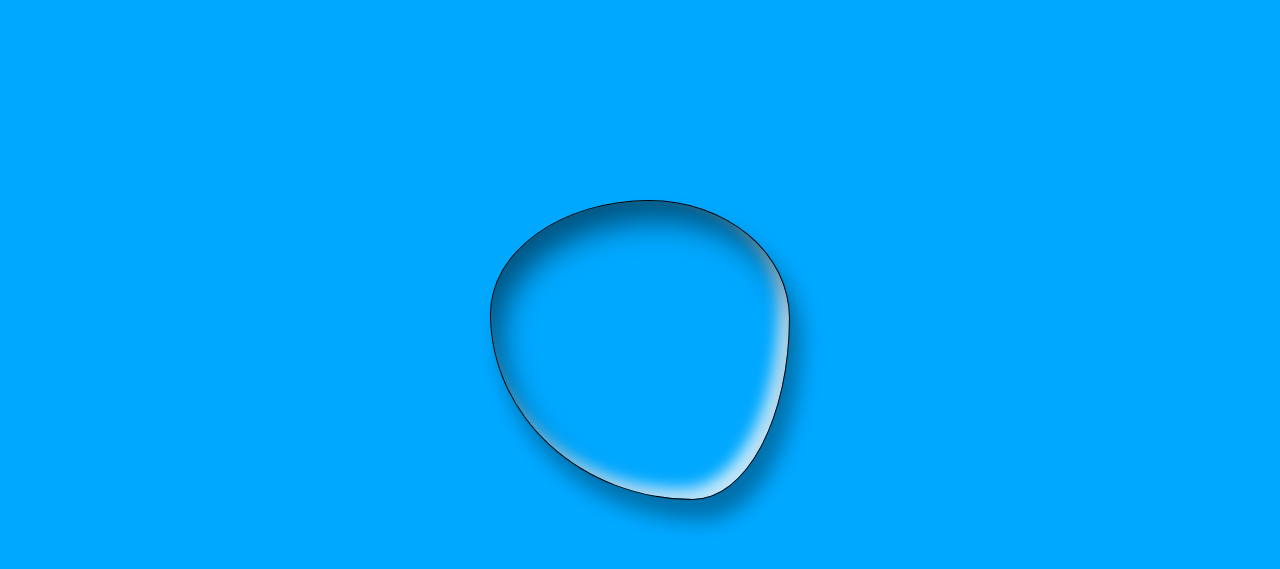
Repository: BlackCat328/CSS_Animation
Page: 52.水滴特效/demo.html
These files come from the project's save history. The page is drawn as it stood at one moment and after the next save; the edit follows.
The browser window is 1280 px wide. The pictures show the whole page.

Above is the page before, as saved 2022-11-01 00:05:48.

After the next save:
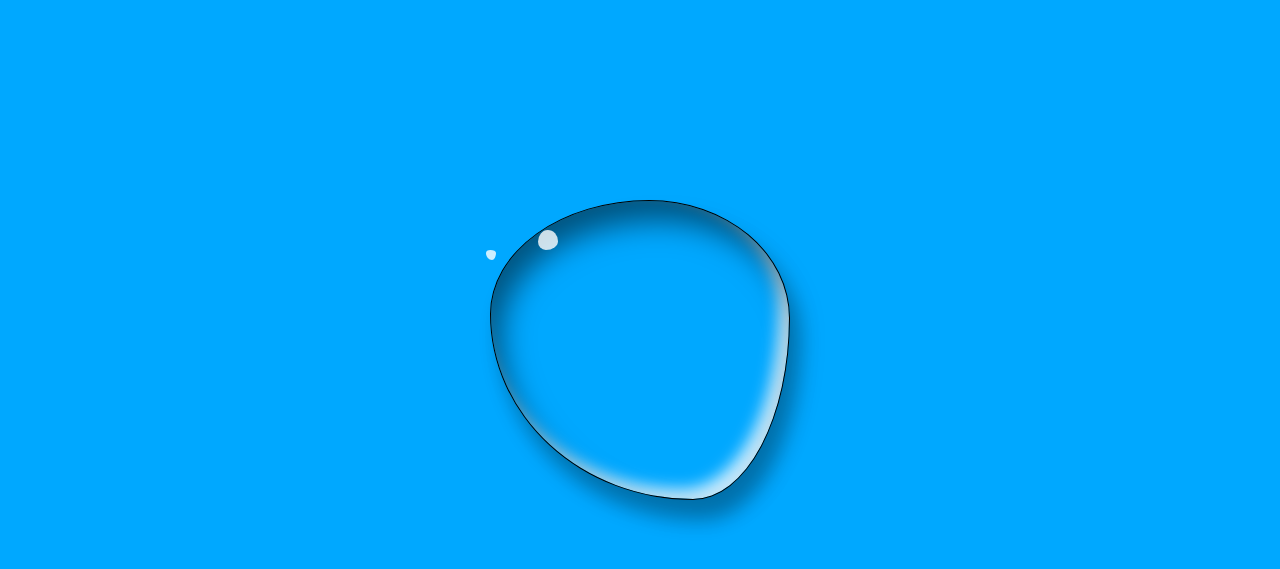
Saved 13 s later.
--- a/52.水滴特效/demo.css
+++ b/52.水滴特效/demo.css
@@ -25,7 +25,7 @@ body {
     animation: action 3s linear infinite alternate;
 }
 
-/* #water::after {
+#water::after {
     content: '';
     width: 20px;
     height: 20px;
@@ -45,7 +45,7 @@ body {
     left: 38%;
     background-color: rgba(255, 255, 255, 0.8);
     border-radius: 45% 55% 40% 60% / 30% 28% 72% 70%;
-} */
+}
 
 @keyframes action {
     25% {
